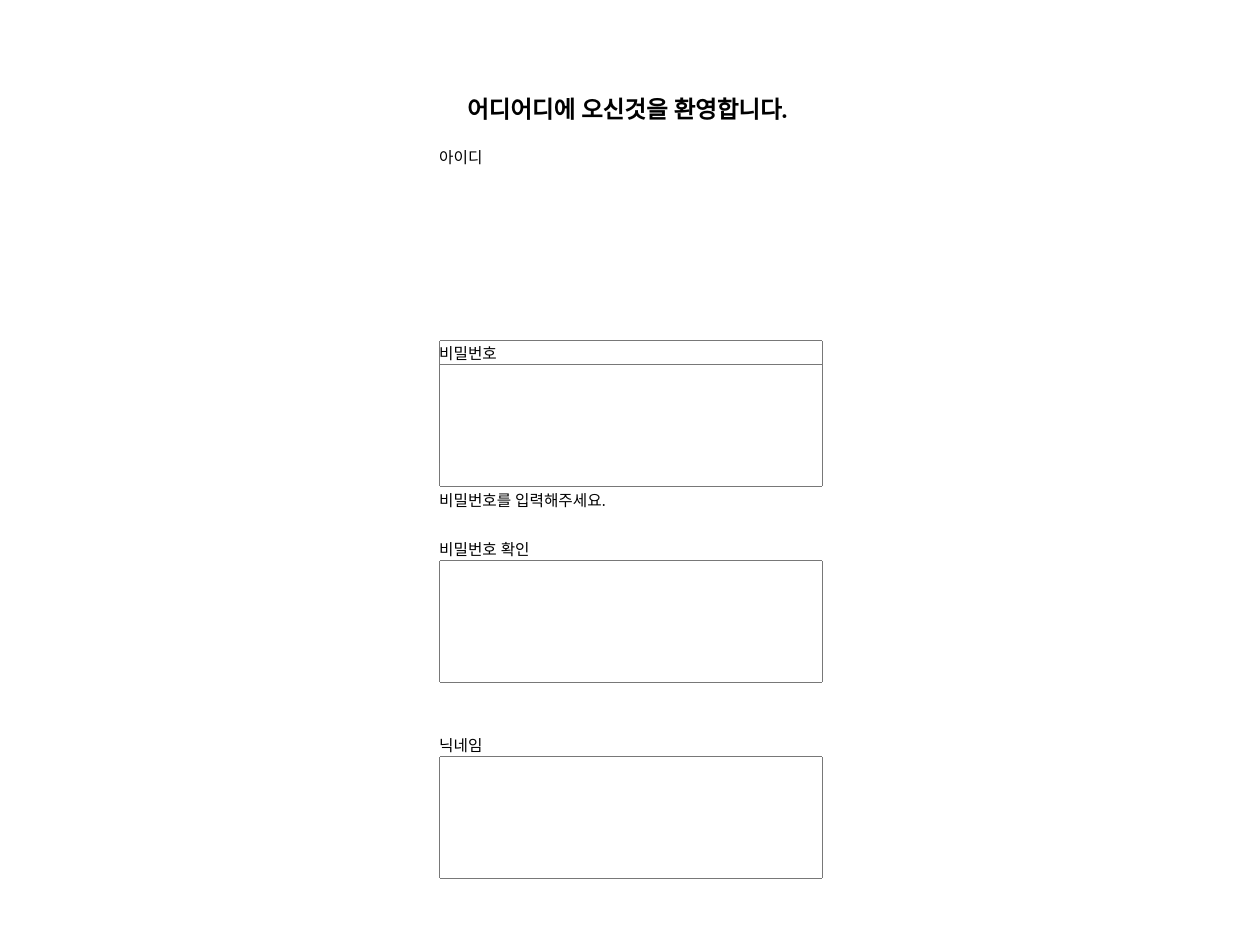
Repository: zzangyu/koreanFoodsProject
Page: http://localhost/koreanFoodsProject/koreanFoods/signUp.jsp
The author's editor kept a copy of each file at every save. The page is drawn from the files as they stood at one save, then again after the next save.
The browser window is 1280 px wide. The pictures show the whole page, at 98% of full size.
The page is served by Tomcat 9.

Above is the page before, as saved 2022-12-29 07:08:09.

After the next save:
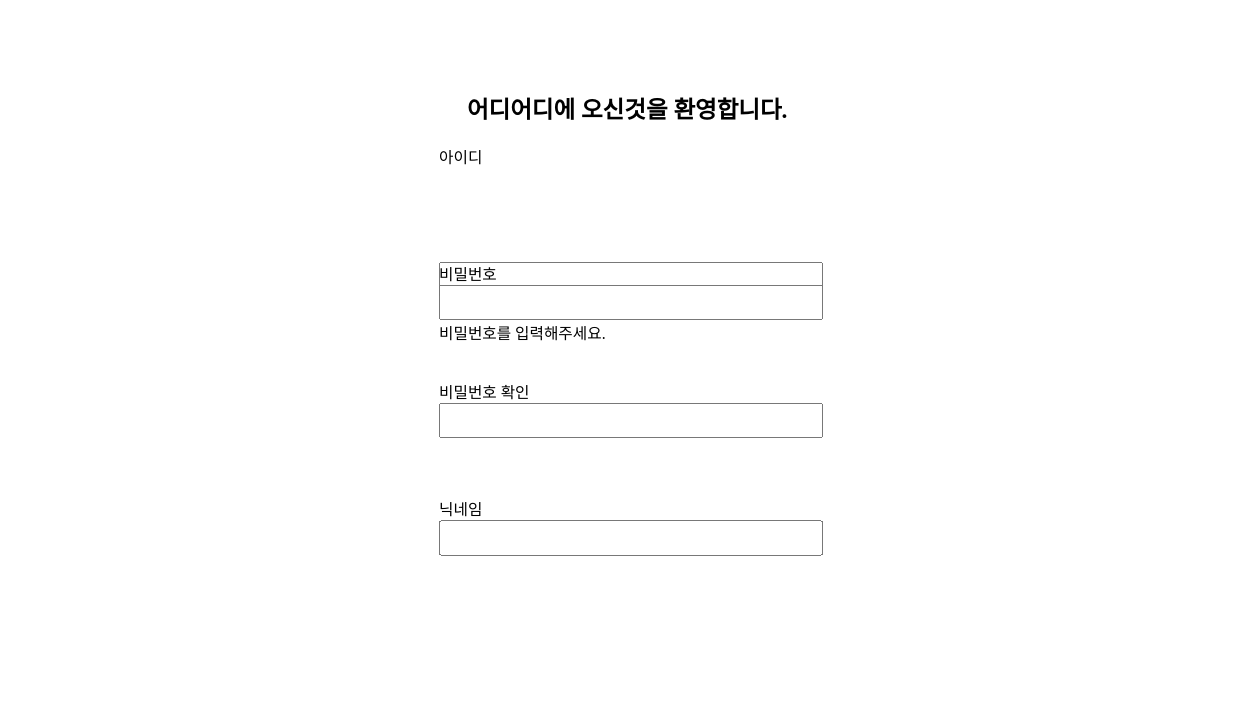
Saved 25 s later.
--- a/koreanFoodsProject/src/main/webapp/koreanFoods/css/kFoods.css
+++ b/koreanFoodsProject/src/main/webapp/koreanFoods/css/kFoods.css
@@ -30,9 +30,9 @@ a {
 }
 #signUp_Wrap div {
 	width: 100%;
-	height: 200px;
+	height: 120px;
 }
 .signUp_input {
 	width: 100%;
-	height: 120px;
+	height: 30px;
 }
